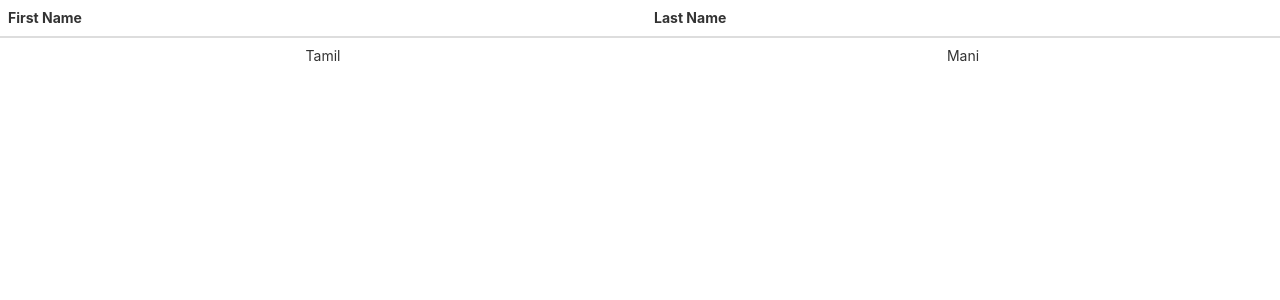
Repository: Green-Technologies-Angular/React-js
Page: /
An editor plug-in stored every save of this project. The page is shown before and after the next save, followed by the edit.
The browser window is 1280 px wide. The pictures show the whole page.
The project was rebuilt for these pictures with package versions that can differ from the ones it lists, and the page was loaded fresh each time.

Above is the page before, as saved 2019-03-18 09:59:36.

### public/index.html
<!DOCTYPE html>
<html lang="en">
  <head>
    <meta charset="utf-8" />
    <link rel="shortcut icon" href="%PUBLIC_URL%/favicon.ico" />
    <meta
      name="viewport"
      content="width=device-width, initial-scale=1, shrink-to-fit=no"
    />
    <meta name="theme-color" content="#000000" />
    <!--
      manifest.json provides metadata used when your web app is installed on a
      user's mobile device or desktop. See https://developers.google.com/web/fundamentals/web-app-manifest/
    -->
    <link rel="manifest" href="%PUBLIC_URL%/manifest.json" />
    <link rel="stylesheet" href="https://maxcdn.bootstrapcdn.com/bootstrap/3.4.0/css/bootstrap.min.css">
  <script src="https://ajax.googleapis.com/ajax/libs/jquery/3.3.1/jquery.min.js"></script>
  <script src="https://maxcdn.bootstrapcdn.com/bootstrap/3.4.0/js/bootstrap.min.js"></script>
    <!--
      Notice the use of %PUBLIC_URL% in the tags above.
      It will be replaced with the URL of the `public` folder during the build.
      Only files inside the `public` folder can be referenced from the HTML.

      Unlike "/favicon.ico" or "favicon.ico", "%PUBLIC_URL%/favicon.ico" will
      work correctly both with client-side routing and a non-root public URL.
      Learn how to configure a non-root public URL by running `npm run build`.
    -->
    <title>React App</title>
  </head>
  <body>
    <noscript>You need to enable JavaScript to run this app.</noscript>
    <div id="root">

    </div>
    <!--
      This HTML file is a template.
      If you open it directly in the browser, you will see an empty page.

      You can add webfonts, meta tags, or analytics to this file.
      The build step will place the bundled scripts into the <body> tag.

      To begin the development, run `npm start` or `yarn start`.
      To create a production bundle, use `npm run build` or `yarn build`.
    -->
  </body>
</html>

### src/App.js
import React, { Component } from 'react';
import logo from './logo.svg';
import './App.css';

class App extends Component {
  constructor(props){
    super(props);
    this.state = {
      firstName : "Tamil",
      lastName : "Mani"
    }
  }
  render() {
    return (
      <div className="App">
        <table className="table">
          <thead>
            <tr>
              <th>
                First Name
              </th>
              <th>
                Last Name
              </th>
            </tr>
          </thead>
          <tbody>
            <tr>
              <td>
                {this.state.firstName}
              </td>
              <td>
                {this.state.lastName}
              </td>
            </tr>
          </tbody>
        </table>
      </div>
    );
  }
}

export default App;

Loaded but not shown: src/index.js (common file); src/index.css (common file); src/serviceWorker.js (common file); src/App.css (common file)

After the next save:
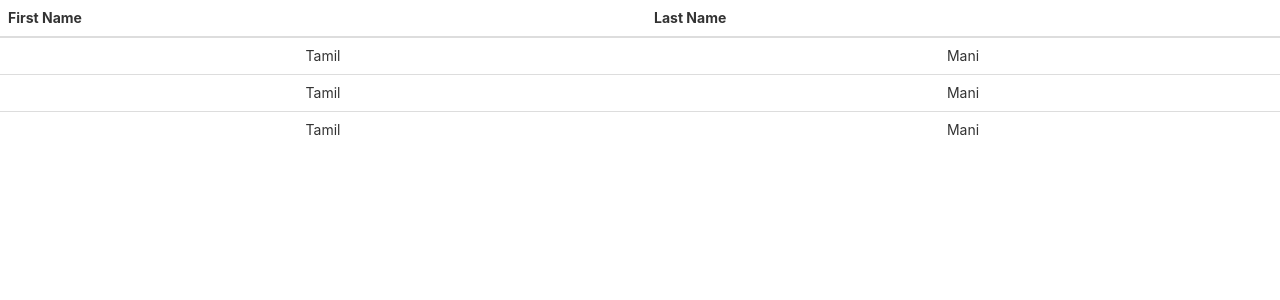
Saved 16 s later.
--- a/src/App.js
+++ b/src/App.js
@@ -33,6 +33,21 @@ class App extends Component {
                 {this.state.lastName}
               </td>
             </tr>
+            <tr>
+              <td>
+                {this.state.firstName}
+              </td>
+              <td>
+                {this.state.lastName}
+              </td>
+            </tr><tr>
+              <td>
+                {this.state.firstName}
+              </td>
+              <td>
+                {this.state.lastName}
+              </td>
+            </tr>
           </tbody>
         </table>
       </div>
